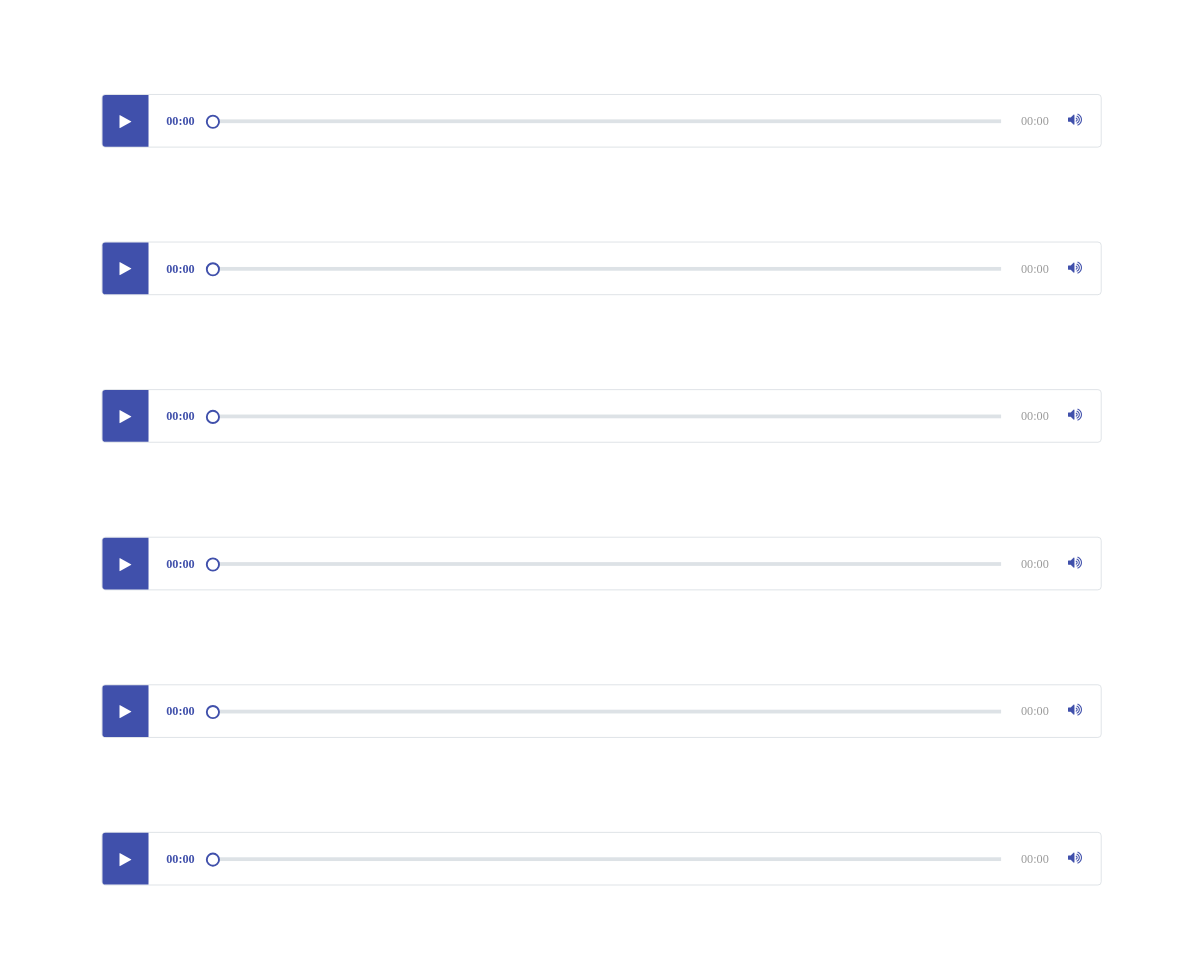
Repository: mitzbarbie/-jQuery-AudioPlayer-plugin
Page: index.html
The author's editor kept a copy of each file at every save. The page is drawn from the files as they stood at one save, then again after the next save.
The browser window is 1280 px wide. The pictures show the whole page, at 94% of full size.

Above is the page before, as saved 2021-12-02 18:13:19.
Console error: TypeError: Cannot read properties of undefined (reading '0')

### index.html
<!DOCTYPE html>
<html lang="en">
  <head>
    <meta charset="UTF-8" />
    <meta http-equiv="X-UA-Compatible" content="IE=edge" />
    <meta name="viewport" content="width=device-width, initial-scale=1.0" />
    <title>Document</title>
    <link rel="stylesheet" href="style.css" />
    <link
      rel="stylesheet"
      href="https://cdnjs.cloudflare.com/ajax/libs/font-awesome/4.7.0/css/font-awesome.min.css"
    />
    <script
      src="https://code.jquery.com/jquery-3.6.0.min.js"
      integrity="sha256-/xUj+3OJU5yExlq6GSYGSHk7tPXikynS7ogEvDej/m4="
      crossorigin="anonymous"
    ></script>
  </head>
  <body>
    <div class="audio" style="margin: 100px" data-audio="audioEx1.mp3"></div>
    <div class="audio" style="margin: 100px" data-audio="audioEx2.mp3"></div>
    <div class="audio" style="margin: 100px" data-audio="audioEx3.mp3"></div>
    <div class="audio" style="margin: 100px" data-audio="audioEx1.mp3"></div>
    <div class="audio" style="margin: 100px" data-audio="audioEx2.mp3"></div>
    <div class="audio" style="margin: 100px" data-audio="audioEx3.mp3"></div>

    <script>
      $(document).ready(function () {
        $(".audio").audioPlayerUtils({});
      });
    </script>

    <script src="audioPlayer.js"></script>
  </body>
</html>

### style.css
.audioPlayer {
  display: flex;
  flex-direction: row;
  box-sizing: border-box;
  width: 100%;
  align-items: center;
  border: 1px solid #dde2e6;
  border-radius: 4px;
  background: #fff;
}

#playPauseBtn {
  display: flex;
  justify-content: center;
  align-items: center;
  width: 49px;
  height: 55px;
  border-radius: 3px 0 0 3px;
  background: #4050ab;
  cursor: pointer;
}

.pausing {
  vertical-align: center;
  background-color: #fff;
  justify-content: center;
  align-items: center;
  width: 45px;
  height: 51px;
  border-radius: 4px 0 0 4px;
  cursor: pointer;
  border: 2px solid #4050ab;
}

.pausing::before {
  display: flex;
  justify-content: center;
  align-items: center;
  margin-top: 17px;
}

.startTime {
  display: flex;
  margin-left: 14px;
  width: 40px;
  justify-content: center;
  font-size: 13px;
  font-weight: 700;
  color: #4050ab;
}

.endTime {
  display: flex;
  width: 40px;
}

#mainBar {
  background: #dde2e6;
  width: 100%;
  height: 4px;
  margin: 15px 15px;
  flex-basis: 0;
  flex-grow: 1;
  position: relative;
  border-radius: px;
  cursor: pointer;
}

#progressBar {
  background: #4050ab;
  height: 4px;
  width: 0px;
  cursor: pointer;
}

#play-head {
  display: flex;
  position: absolute;
  box-sizing: border-box;
  top: -5px;
  left: -8px;
  width: 15px;
  height: 15px;
  background: #fff;
  border: 2px solid #4050ab;
  cursor: pointer;
  border-radius: 50%;
}

.endTime {
  margin-left: 6px;
  margin-right: 10px;
  font-weight: 500;
  font-size: 13px;
  color: #999;
}

#volumeBtn {
  margin-right: 15px;
  margin-bottom: 2px;
  cursor: pointer;
}

#volumeBtn {
  margin-right: 20px;
}

### audioPlayer.js
(function ($, window, document, undefined) {
  $.fn.audioPlayerUtils = function (options) {
    var settings = $.extend({}, options);

    return this.each(function () {
      // developed an initial value of first building on page for HTML DOM init
      var htmlInit =
        '<div class="audioPlayer">\
            <a id="playPauseBtn">\
              <i class="fa fa-play playing" aria-hidden="true" style="color: #fff"></i>\
              <i class="fa fa-pause pausing" aria-hidden="true" style="display: none; color: #4050ab"></i>\
            </a>\
            <div class="startTime">00:00</div>\
            <div id="mainBar">\
              <div id="progressBar">\
                <div id="play-head"></div>\
              </div>\
            </div>\
            <div class="endTime">00:00</div>\
            <a id="volumeBtn">\
              <i class="fa fa-volume-up volume" style="color: #4050ab" aria-hidden="true" ></i>\
              <i class="fa fa-volume-off muting" aria-hidden="true" style="display: none; color: #fd4f1a; margin-right: 8px"></i>\
            </a>\
            <audio id="audioSource" class="audioSource">\
              <source src="" type="audio/mpeg" />\
            </audio>\
          </div>';

      var $this = $(this);
      $this.html(htmlInit);

      var $playPauseBtn = $this.find("#playPauseBtn"),
        $playBtn = $this.find(".playing"),
        $pauseBtn = $this.find(".pausing"),
        $startTime = $this.find(".startTime"),
        $endTime = $this.find(".endTime"),
        $mainBar = $this.find("#mainBar"),
        $progressBar = $this.find("#progressBar"),
        $playHead = $this.find("#play-head"),
        $volumeBtn = $this.find("#volumeBtn"),
        $muteBtn = $this.find(".volume"),
        $unmuteBtn = $this.find(".muting"),
        $audioSource = $this.find("#audioSource")[0];

      $audioSource.src = settings.songs[0];

      var isPlaying = false;
      var audioPlayer, onPlayHead, playerId, mainbar, timelineWidth;

      playController();
      muteController();
      headBall();

      // Play & Pause Controller / create event using by bind function
      function playController() {
        audioPlayer = $audioSource;
        audioPlayer.addEventListener("timeupdate", progressShow);
        audioPlayer.addEventListener("timeupdate", timeValue);
        $playPauseBtn.bind("click", function (event) {
          if (isPlaying) {
            $audioSource.pause();
            $playBtn.show();
            $pauseBtn.hide();
          } else {
            $audioSource.play();
            $playBtn.hide();
            $pauseBtn.show();
          }

          isPlaying = !isPlaying;
        });
      }

      // Mute & Unmute Controller / create event using by bind function
      function muteController() {
        $volumeBtn.bind("click", function (event) {
          if ($audioSource.muted) {
            $muteBtn.show();
            $unmuteBtn.hide();
          } else {
            $muteBtn.hide();
            $unmuteBtn.show();
          }

          $audioSource.muted = !$audioSource.muted;
        });
      }

      // Calculate current value of time and total value of length
      function calculateCurrentValue(currentTime) {
        var current_hour = parseInt(currentTime / 3600) % 24,
          current_minute = parseInt(currentTime / 60) % 60,
          current_seconds_long = currentTime % 60,
          current_seconds = current_seconds_long.toFixed(),
          current_time =
            (current_minute < 10 ? "0" + current_minute : current_minute) +
            ":" +
            (current_seconds < 10 ? "0" + current_seconds : current_seconds);

        return current_time;
      }

      function calculateTotalValue(length) {
        var minutes = parseInt(Math.floor(length / 60));
        if (isNaN(minutes)) {
          minutes = "00";
        }
        var seconds_int = parseInt(length - minutes * 60);
        if (isNaN(seconds_int)) {
          seconds_int = "00";
        }
        if (seconds_int < 10) {
          seconds_int = "0" + seconds_int;
        }
        var seconds_str = seconds_int.toString();
        var seconds = seconds_str.substr(0, 2);
        var time = minutes + ":" + seconds;

        return time;
      }

      // Calculate the audio live time value (start & end-time)
      function timeValue() {
        var length = audioPlayer.duration;
        var current_time = audioPlayer.currentTime;
        var currentTime = calculateCurrentValue(current_time);
        var totalLength = calculateTotalValue(length);

        $startTime.html(currentTime);
        $endTime.html(totalLength);
      }

      // Calculate the distance of progress-bar duration
      function progressShow() {
        var length = audioPlayer.duration;
        var current_time = audioPlayer.currentTime;
        var progressBar = $progressBar[0];
        var playhead = $playHead[0];
        var width = $mainBar.width();
        var size = width * (current_time / length);

        progressBar.style.width = size + "px";
        playhead.style.marginLeft = width * (current_time / length) + "px";
      }

      // Progress-bar / timeline (loading) & playhead
      function headBall() {
        onPlayHead = null;
        playerId = null;
        mainbar = $mainBar[0];
        progressBar = $progressBar[0];
        timelineWidth = mainbar.clientWidth - progressBar.clientHeight;

        mainbar.addEventListener("click", seek);
        progressBar.addEventListener("mousedown", drag);
        document.addEventListener("mouseup", mouseUp);
      }

      function seek(event) {
        var player = $audioSource;

        player.currentTime =
          player.duration * clickPercent(event, mainbar, timelineWidth);
      }

      function clickPercent(event, mainbar, timelineWidth) {
        return (event.clientX - getPosition(mainbar)) / timelineWidth;
      }

      function getPosition(el) {
        return el.getBoundingClientRect().left;
      }

      // Drag and drag options
      function drag(e) {
        var player = document.getElementById(playerId);
        audioPlayer.addEventListener("timeupdate", progressShow);
        audioPlayer.addEventListener("timeupdate", timeValue);
        onPlayHead = $(this).attr("id");
        playerId = $(this).find("audio").attr("class", "id");
        window.addEventListener("mousemove", dragOpts);
        player.addEventListener("timeupdate", timeUpdate);
      }

      function dragOpts(e) {
        var playHead = $playHead[0];
        var progressBar = $progressBar[0];
        var newMargLeft = e.clientX - getPosition(mainbar);

        if (newMargLeft >= 0 && newMargLeft <= timelineWidth) {
          playHead.style.marginLeft = newMargLeft + "px";
          progressBar.style.width = newMargLeft + "px";
        }
        if (newMargLeft < 0) {
          playHead.style.marginLeft = "0px";
          progressBar.style.width = "0px";
        }
        if (newMargLeft > timelineWidth) {
          playHead.style.marginLeft = timelineWidth + "px";
          progressBar.style.width = timelineWidth + "px";
        }
      }

      // Click (mouse-up & down) on progress-bar
      function mouseUp(e) {
        if (onPlayHead != null) {
          var player = document.getElementById(playerId);
          window.removeEventListener("mousemove", dragOpts);
          player.currentTime =
            player.duration * clickPercent(e, mainbar, timelineWidth);
          audioPlayer.addEventListener("timeupdate", progressShow);
          audioPlayer.addEventListener("timeupdate", timeValue);

          player.addEventListener("timeupdate", timeUpdate);
        }
        onPlayHead = null;
      }

      // Time update after/before drag or click event
      function timeUpdate() {
        var audioSource = document.getElementById(onPlayHead);
        var player = document.getElementById(playerId);
        var playPercent =
          timelineWidth * (player.currentTime / player.duration);
        audioSource.style.marginLeft = playPercent + "px";

        if (player.currentTime == player.duration) {
          player.pause();
        }
      }
    });
  };

  $.map($("[data-audio]"), (i) => {
    var filename = $(i).data("audio");
    $(i).audioPlayerUtils({
      songs: [filename],
    });
  });
})(jQuery, window, document);

After the next save:
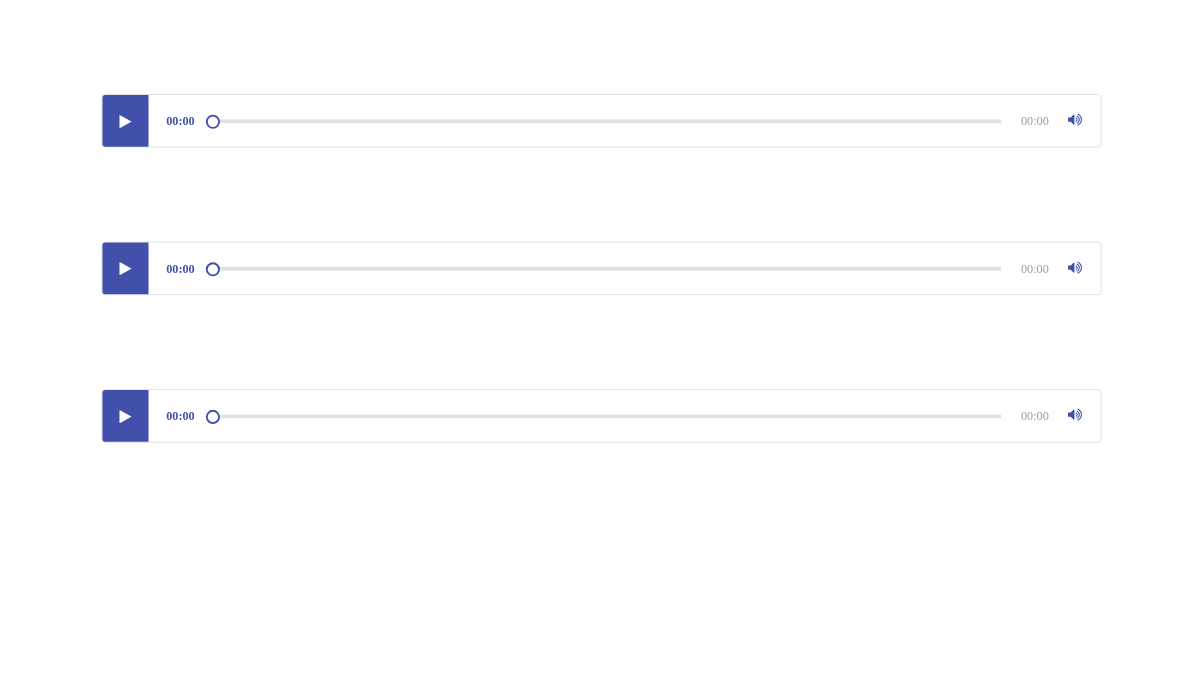
Saved 39 s later.
--- a/index.html
+++ b/index.html
@@ -20,9 +20,6 @@
     <div class="audio" style="margin: 100px" data-audio="audioEx1.mp3"></div>
     <div class="audio" style="margin: 100px" data-audio="audioEx2.mp3"></div>
     <div class="audio" style="margin: 100px" data-audio="audioEx3.mp3"></div>
-    <div class="audio" style="margin: 100px" data-audio="audioEx1.mp3"></div>
-    <div class="audio" style="margin: 100px" data-audio="audioEx2.mp3"></div>
-    <div class="audio" style="margin: 100px" data-audio="audioEx3.mp3"></div>
 
     <script>
       $(document).ready(function () {
